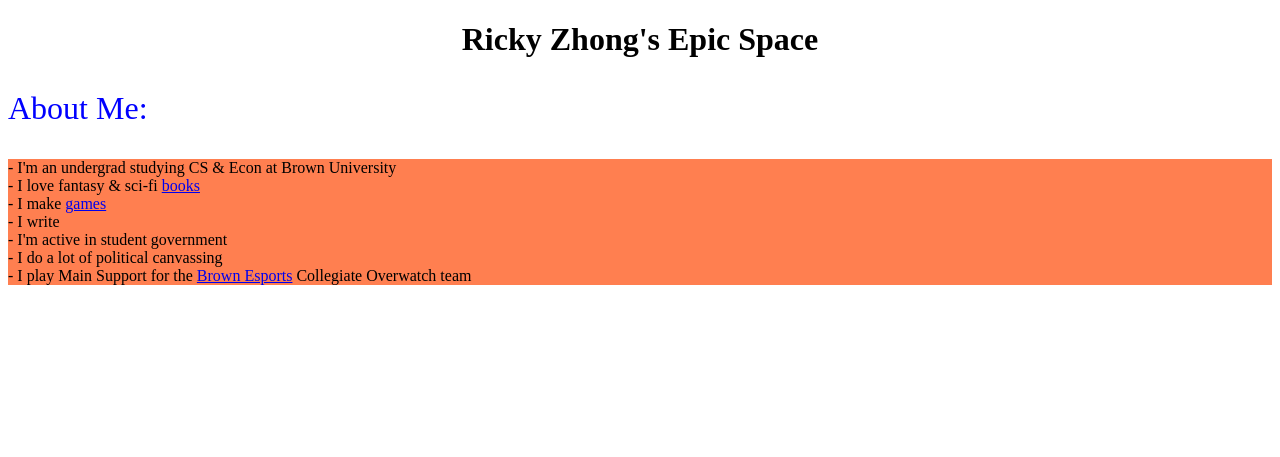
Repository: rickydaricky/rickydaricky.github.io
Page: index.html
An editor plug-in stored every save of this project. The page is shown before and after the next save, followed by the edit.
The browser window is 1280 px wide. The pictures show the whole page.

Above is the page before, as saved 2021-11-26 02:05:33.

After the next save:
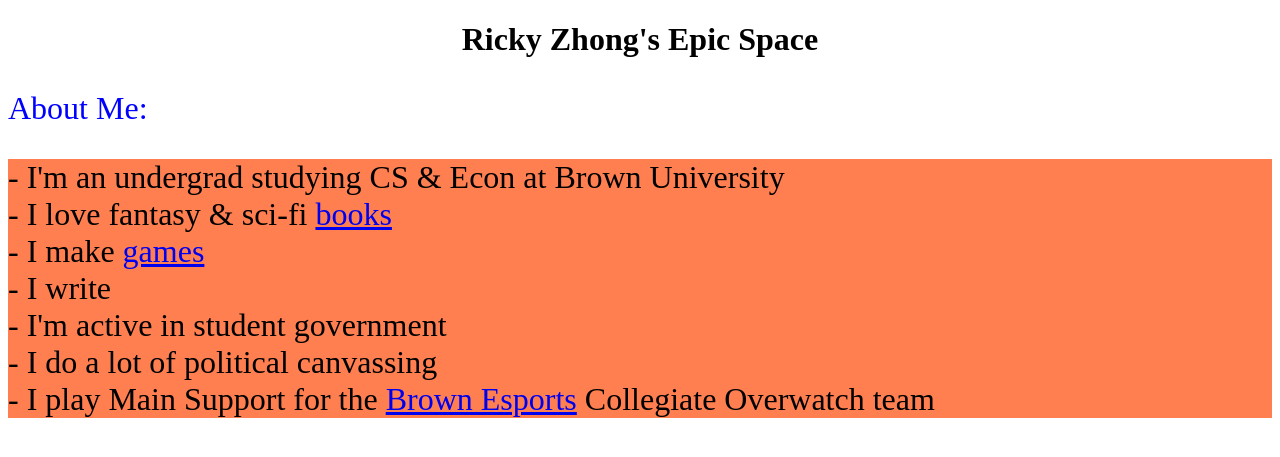
Saved 5 s later.
--- a/main.css
+++ b/main.css
@@ -1,4 +1,4 @@
 p {
   text-align: justify;
-  font-size:
+  font-size: 200%;
 }
